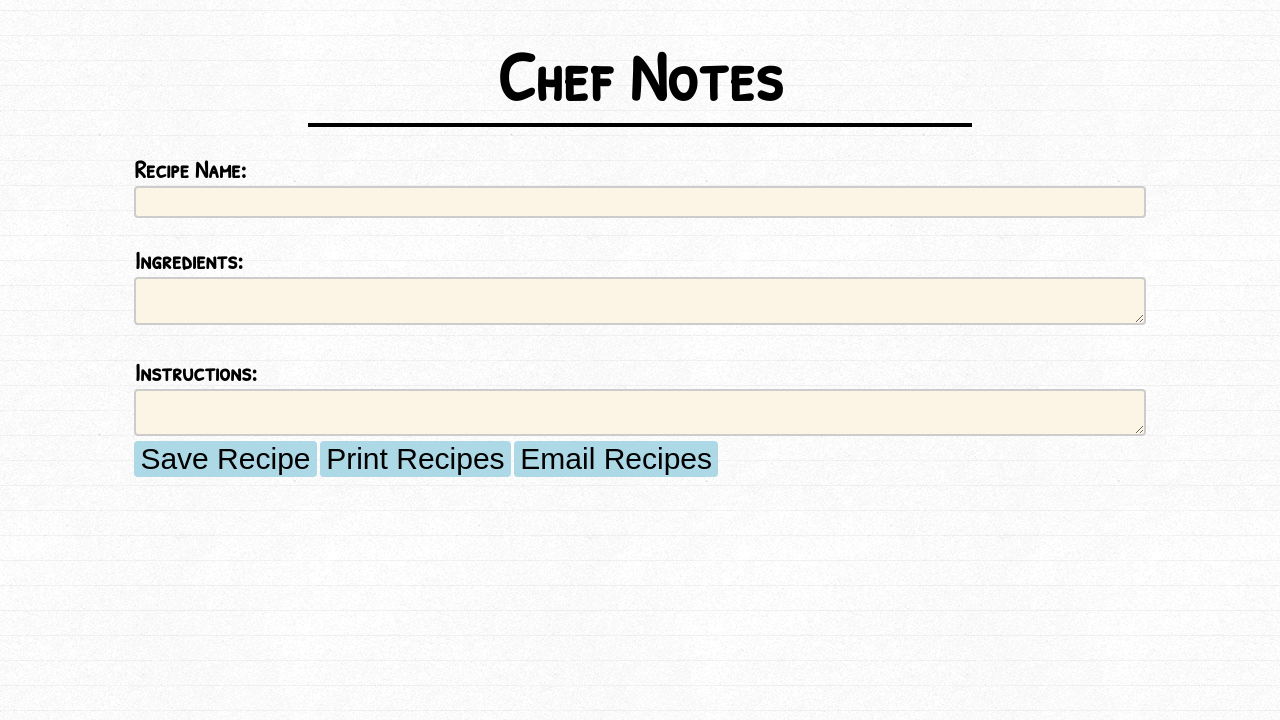
Repository: Chadloswald/RecipeSite
Page: docs/index.html
The author's editor kept a copy of each file at every save. The page is drawn from the files as they stood at one save, then again after the next save.
The browser window is 1280 px wide. The pictures show the whole page.

Above is the page before, as saved 2023-05-22 13:04:47.

### docs/index.html
<!DOCTYPE html>
<html lang="en">
  <head>
    <meta charset="UTF-8">
    <meta name="viewport" content="width=device-width, initial-scale=1.0">
    <title>ChefNotes</title>
    <style type="text/css">
    </style>
    <link rel="stylesheet" href="style.css">
  </head>
  <body>
    <h1>Chef Notes</h1>
    <form>
      <label for="name">Recipe Name:</label>
      <input type="text" id="name" name="name">
      <br>
      <label for="ingredients">Ingredients:</label>
      <textarea id="ingredients" name="ingredients"></textarea>
      <br>
      <label for="instructions">Instructions:</label>
      <textarea id="instructions" name="instructions"></textarea>
      <br>
      <div id="button-container"></div>
        <button id="saveButton" type="button">Save Recipe</button>
        <button id="printButton">Print Recipes</button>
        <button id="emailButton">Email Recipes</button>
      </div>
    </form>
    <div id="recipe-list">
      <div class="recipe-line"></div>
    <div id="list"></div>
    </div>
    <script src="scripts.js"></script>
  </body>
</html>

### docs/style.css
@font-face {
  font-family: 'Patrick Hand';
  src: url('PatrickHandSC-Regular.ttf') format('truetype');
}

body {
  font-family: 'Patrick Hand', cursive;
  margin-top: 30px 0px 0px 0px;
  padding: 0;
  background-image: url("lined-paper-2.png");
}

h1 {
  text-align: center;
  padding: 20px 0 0 0;
  border-bottom: 4px solid black;
  margin: 0 300px;
  font-size: 70px;
}

form {
  width: 80%;
  margin: 0 auto;
}

label {
  display: block;
  font-weight: bold;
  margin-top: 1em;
  font-size: 25px;
}

input[type="text"], textarea {
  background-color: #FCF5E5;
  width: 100%;
  box-sizing: border-box;
  padding: 0.5em;
  border: 2px solid #ccc;
  border-radius: 4px;
}

button {
  /* flex-direction: row;
  margin: 1em auto; */
  /* padding: 0.5em;*/
  border-radius: 4px;
  font-size: 30px;
  border: none;
  cursor: pointer;
  background-color: #ADD8E6;
  color: black;
}

button:hover {
  background-color: gray;
  color: #FCF5E5;
}

.button-container {
  display: flex;
  flex-direction: row;
  align-items: center;
  justify-content: center;
}

.button-container button {
  margin: 0 10px;
}

#recipe-list {
  width: 80%;
  margin: 1em auto;
  font-size: 25px;
}

h2 {
  font-size: 25px;
}

p {
  font-size: 20px;
}

.recipe-line {
  height: 1px;
	background-color: black;
	position: relative;
	margin-top: 30px;
	margin-bottom: 30px;
	left: 0;
	width: 50%;
  display: none;
}

.recipe:not(:last-child) .recipe-line {
  display: block;
  margin-left: 25%;
}

/* Printing style */
@media print {
  /* Remove form elements */
  form {
    display: none;
  }

  /* Position Chef and Notes next to each other */
  h1 {
    display: flex;
    align-items: center;
    justify-content: center;
    font-size: 40px;
    margin: 0;
    padding-top: 20px;
    border-bottom: 4px solid black;
    page-break-after: avoid; /* prevent the header from breaking across pages */
  }

  h1 span:first-child {
    margin-right: 20px; /* add space between Chef and Notes */
  }

  /* Adjust margins and padding */
  body {
    margin: 20mm 25mm 20mm 25mm; /* top right bottom left */
    padding: 0;
  }

  h2 {
    font-size: 30px;
  }

  p {
    font-size: 20px;
  }

  /* Add page breaks between recipes */
  .recipe:not(:last-child) {
    page-break-after: always;
  }
  #recipe-list {
    margin-left: 0;
  }
}

/* Media query for screens with a maximum width of 600 pixels */
@media screen and (max-width: 600px) {
  body {
    /* Modify the styles for smaller screens */
    margin-top: 10px;
  }

  h1 {
    /* Modify the styles for smaller screens */
    font-size: 40px;
    margin: 0 50px;
  }

  form {
    /* Modify the styles for smaller screens */
    width: 90%;
  }

  button {
    font-size: 15px; /* Adjust the font size */
    padding: 0.3em; /* Adjust the padding */
  }
}

### docs/scripts.js
document.addEventListener('DOMContentLoaded', function() {
  const saveButton = document.getElementById('saveButton');
  const printButton = document.getElementById('printButton');
  const emailButton = document.getElementById('emailButton');
  const nameInput = document.getElementById('name');
  const ingredientsInput = document.getElementById('ingredients');
  const instructionsInput = document.getElementById('instructions');
  const recipeList = document.getElementById('recipe-list');

  saveButton.addEventListener('click', function() {
    const name = nameInput.value;
    const ingredients = ingredientsInput.value;
    const instructions = instructionsInput.value;

    const recipe = document.createElement('div');
    const recipeName = document.createElement('h2');
    const recipeIngredients = document.createElement('p');
    const recipeInstructions = document.createElement('p');
    const recipeLine = document.createElement('div');

    recipeLine.classList.add('recipe-line');
    recipe.appendChild(recipeLine);

    recipeName.innerText = name;
    recipeIngredients.innerText = `Ingredients: ${ingredients}`;
    recipeInstructions.innerText = `Instructions: ${instructions}`;

    recipe.appendChild(recipeName);
    recipe.appendChild(recipeIngredients);
    recipe.appendChild(recipeInstructions);

    recipeList.appendChild(recipe);
    recipeLine.style.display = 'block';

    nameInput.value = '';
    ingredientsInput.value = '';
    instructionsInput.value = '';
  });

  printButton.addEventListener('click', function() {
    const recipeContainer = recipeList.innerHTML;
    const printContent = document.createElement('div');
    printContent.innerHTML = recipeContainer;

    const mailtoLink = document.createElement('a');
    mailtoLink.href = 'mailto:?subject=My Saved Recipes&body=' + encodeURIComponent(printContent.innerText);

    // Create a temporary link and simulate a click
    const tempLink = document.createElement('a');
    tempLink.href = mailtoLink.href;
    tempLink.style.display = 'none';
    tempLink.target = '_blank';
    document.body.appendChild(tempLink);
    tempLink.click();
    document.body.removeChild(tempLink);
  });

  emailButton.addEventListener('click', function() {
    const recipient = prompt('What email address do you want to send your recipes to?');
    if (recipient) {
      const mailtoLink = document.createElement('a');
      mailtoLink.href = 'mailto:' + recipient + '?subject=My Saved Recipes&body=' + encodeURIComponent(recipeList.innerText);
      mailtoLink.click();
    }
  });
});

After the next save:
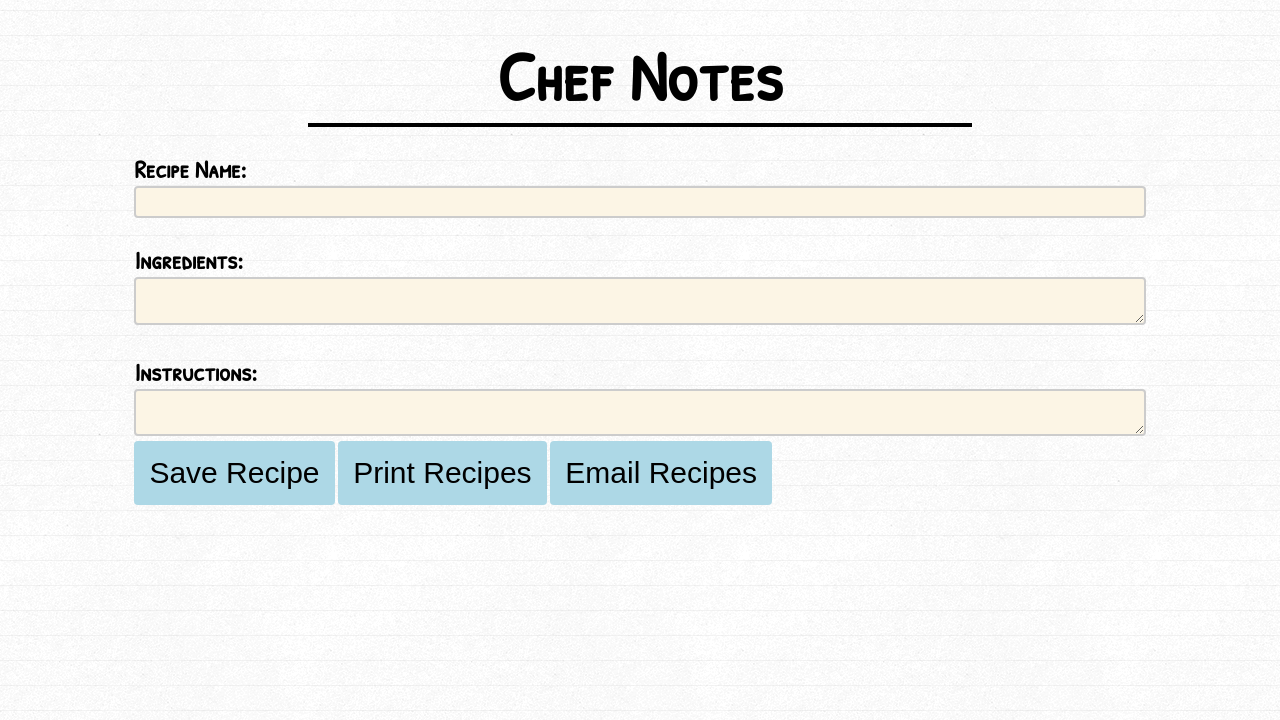
Saved 27 s later.
--- a/docs/style.css
+++ b/docs/style.css
@@ -42,7 +42,7 @@ input[type="text"], textarea {
 button {
   /* flex-direction: row;
   margin: 1em auto; */
-  /* padding: 0.5em;*/
+  padding: 0.5em;
   border-radius: 4px;
   font-size: 30px;
   border: none;
